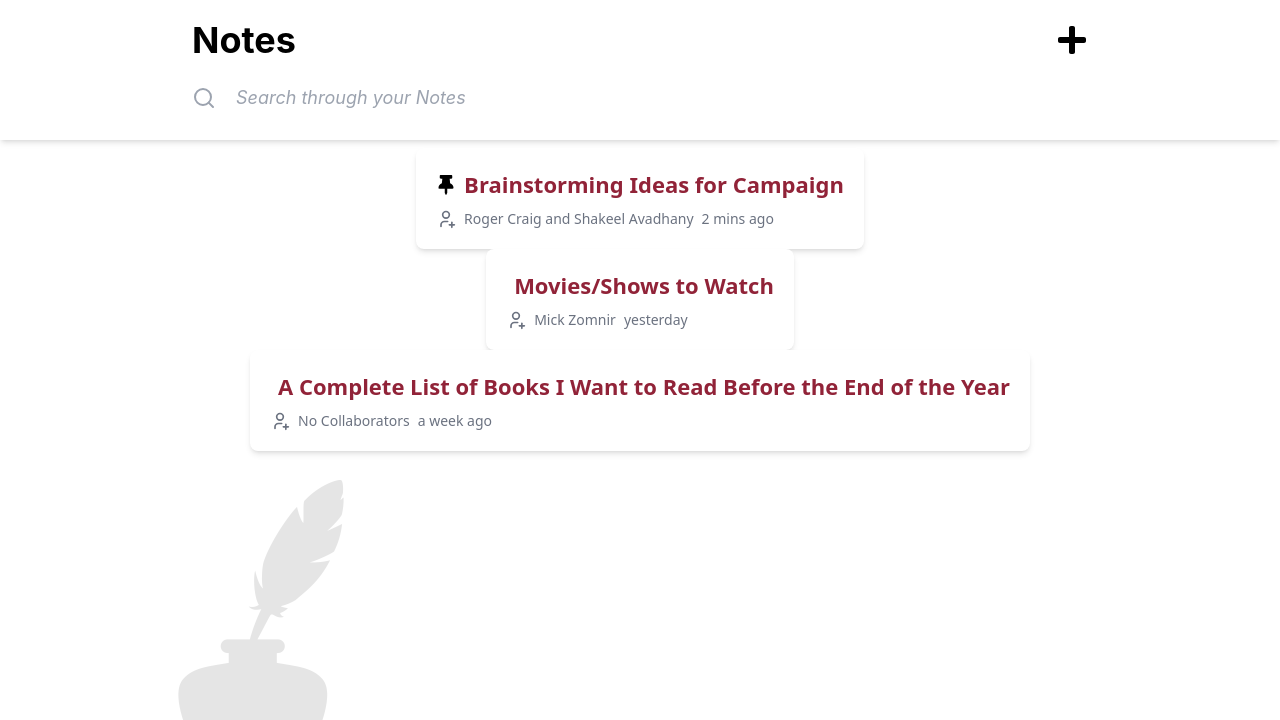
Repository: shabiasaeed/Notes-app
Page: /
An editor plug-in stored every save of this project. The page is shown before and after the next save, followed by the edit.
The browser window is 1280 px wide. The pictures show the whole page.
The project was rebuilt for these pictures with package versions that can differ from the ones it lists, and the page was loaded fresh each time. Also part of the build but not shown: src/components/Header.css, src/components/Note.css, src/App.css.

Above is the page before, as saved 2025-01-01 18:35:15.

After the next save:
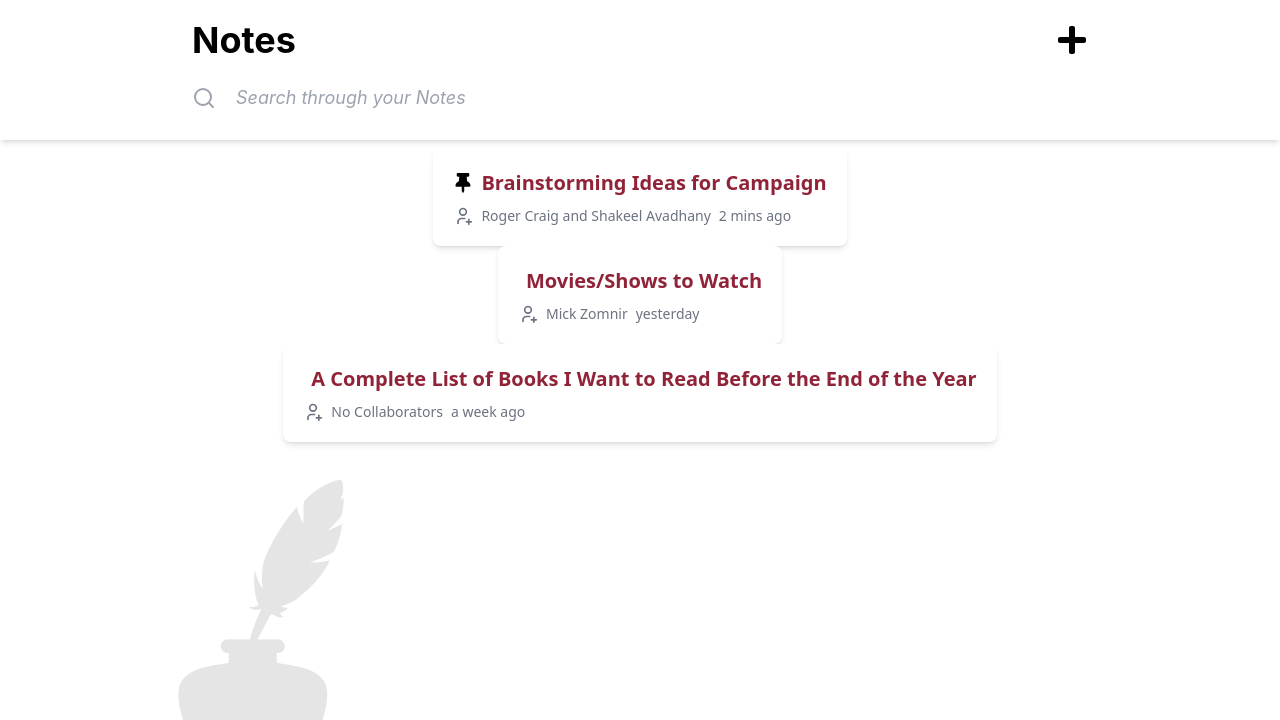
Saved 92 s later.
--- a/src/components/Note.js
+++ b/src/components/Note.js
@@ -15,7 +15,7 @@ const Note = ({ title, author, time, pinned, onDelete, onPinToggle }) => {
     <div className="p-5 rounded-lg bg-white shadow-md hover:shadow-lg flex flex-col gap-2 cursor-pointer" onMouseEnter={() => setIsHovered(true)} onMouseLeave={() => setIsHovered(false)}>
       <div className={`flex justify-between items-center ${pinned ? '' : 'text-gray-800'}`}>
       {pinned ? (<FaThumbtack className="w-5 h-5 cursor-pointer" onClick={() => onPinToggle(title)}/>) : (isHovered && (<TbPinned className="w-5 h-5 cursor-pointer" onClick={() => onPinToggle(title)}/>))}
-        <h2 className="ml-2 font-bold text-[22px] text-[#912338]">{title}</h2>
+        <h2 className="ml-2 font-bold text-[20px] text-[#912338]">{title}</h2>
         {isHovered && (<FiTrash className="w-5 h-5 cursor-pointer" onClick={() => onDelete(title)}/>)}
       </div>
       <div className="flex items-center gap-2 text-sm text-gray-500">
